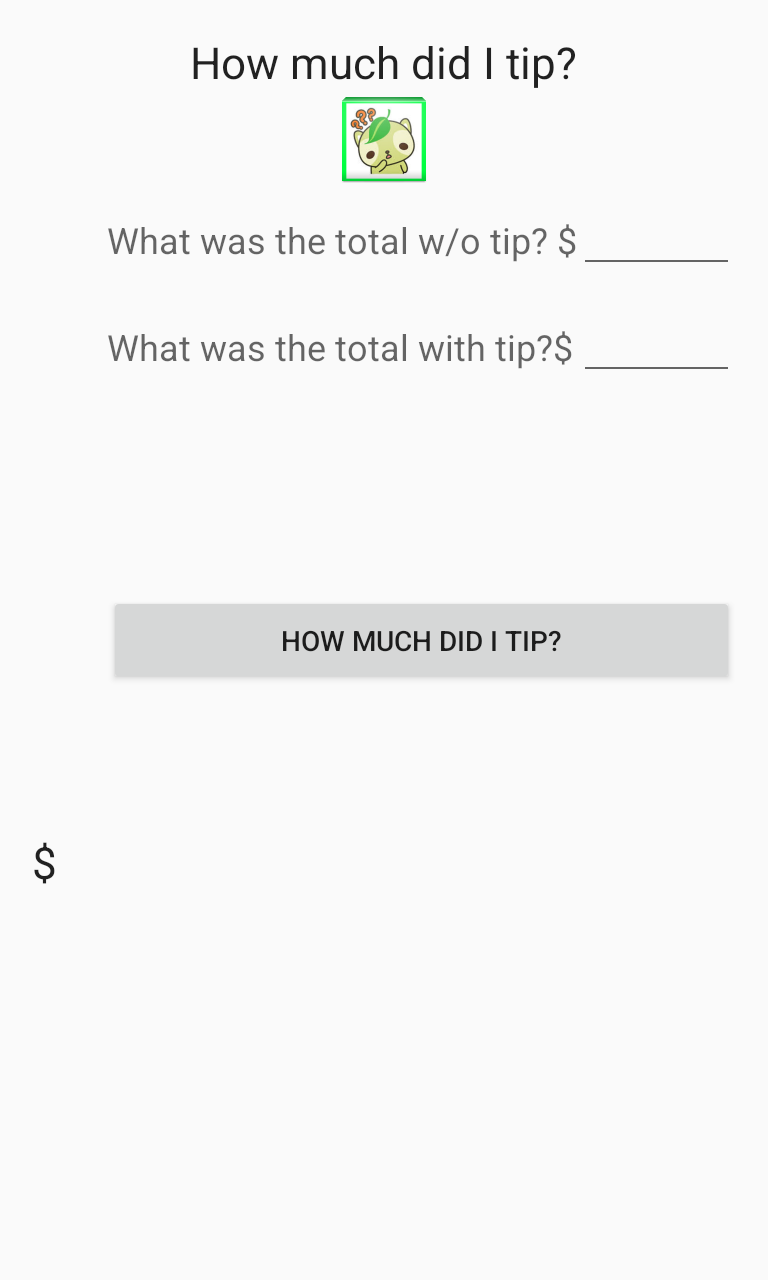
Repository: any027/BillHelper
Layout: BillHelper/res/layout/did_i_tip.xml
These files come from the project's save history. The layout is drawn as it stood at one moment and after the next save; the edit follows.
It is drawn on a 768 x 1280 px phone screen (xhdpi) without system bars, with theme AppTheme; the app's code is not run.

Above is the layout before, as saved 2015-06-29 18:47:05.

After the next save:
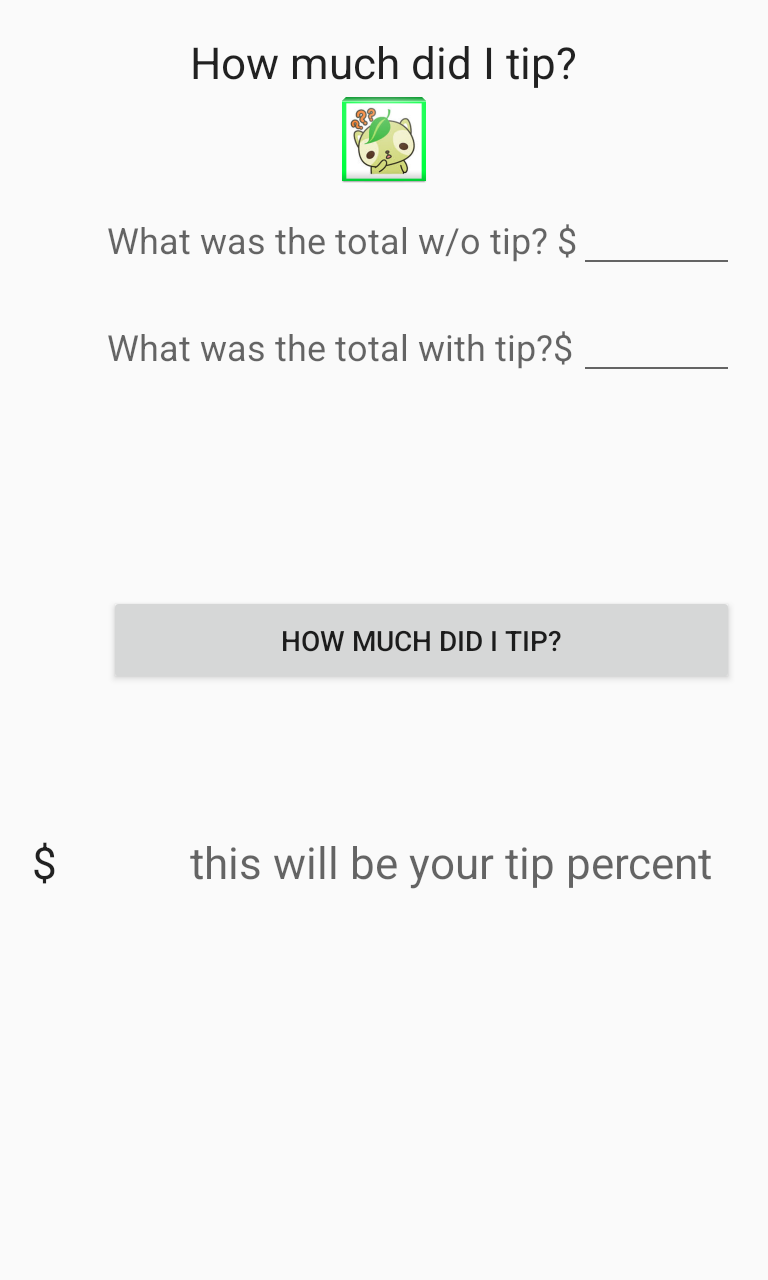
Saved 39 s later.
--- a/BillHelper/res/layout/did_i_tip.xml
+++ b/BillHelper/res/layout/did_i_tip.xml
@@ -88,4 +88,15 @@
         android:text="$"
         android:textAppearance="?android:attr/textAppearanceLarge" />
 
+    <TextView
+        android:id="@+id/textView1"
+        android:layout_width="wrap_content"
+        android:layout_height="wrap_content"
+        android:layout_alignBaseline="@+id/dollarSignDid"
+        android:layout_alignBottom="@+id/dollarSignDid"
+        android:layout_alignLeft="@+id/didTitle"
+        android:layout_alignRight="@+id/FigureOutPercent"
+        android:hint="this will be your tip percent"
+        android:textAppearance="?android:attr/textAppearanceLarge" />
+
 </RelativeLayout>
